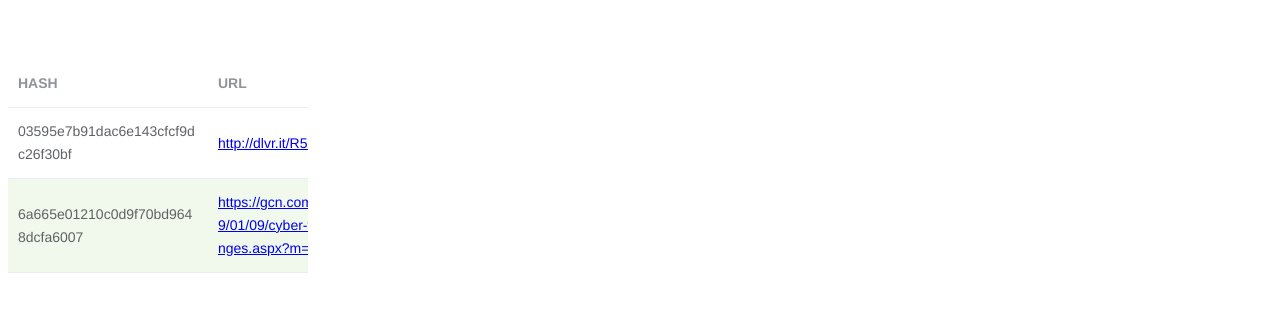
Repository: NicoleGX/TI
Page: /
These files come from the project's save history. The page is drawn as it stood at one moment and after the next save; the edit follows.
The browser window is 1280 px wide. The pictures show the whole page.
The project was rebuilt for these pictures with package versions that can differ from the ones it lists, and the page was loaded fresh each time.

Above is the page before, as saved 2019-05-28 19:43:46.

### index.html
<!DOCTYPE html>
<html>
  <head>
    <meta charset="utf-8">
    <meta name="viewport" content="width=device-width,initial-scale=1.0">
    <title>cyberti</title>
  </head>
  <body>
    <div id="app"></div>
    <!-- built files will be auto injected -->
  </body>
</html>

### src/main.js
// The Vue build version to load with the `import` command
// (runtime-only or standalone) has been set in webpack.base.conf with an alias.
import Vue from 'vue'
import App from './App'
import router from './router'

import ElementUI from 'element-ui'
import 'element-ui/lib/theme-chalk/index.css';

Vue.use(ElementUI)

Vue.config.productionTip = false

/* eslint-disable no-new */
new Vue({
  el: '#app',
  router,
  components: { App },
  template: '<App/>'
})

### src/router/index.js
import Vue from 'vue'
import Router from 'vue-router'
import TextClassification from '@/views/TextClassification'

Vue.use(Router)

export default new Router({
  routes: [
    {
      path: '/',
      name: 'TextClassification',
      component: TextClassification
    }
  ]
})

### src/views/TextClassification.vue
<template>
  <el-container>
    <el-aside>
      <el-table
        :data="tableData"
        style="width: 100%"
        :row-class-name="tableRowClassName">
        <el-table-column
          prop="hash"
          label="HASH"
          width="200">
        </el-table-column>
        <el-table-column
          prop="url"
          label="URL"
          width="200">
          <template slot-scope="scope">
            <a :href=scope.row.url
              target="_black"
              class="buttonText">{{scope.row.url}}</a>
          </template>
        </el-table-column>
      </el-table>
    </el-aside>
    <el-main></el-main>
  </el-container>
</template>

<script>
export default {
  name: 'textclassfication',
  methods: {
    tableRowClassName({row, rowIndex}) {
      if (row['edit'] == 0) {
        return 'warning-row';
      } else if (row['edit'] == 1) {
        return 'success-row';
      }
      return '';
    }
  },
  data() {
    return {
      tableData: [{
        hash: '03595e7b91dac6e143cfcf9dc26f30bf',
        url: 'http://dlvr.it/R5Ml99',
        edit: 0
      }, {
        hash: '6a665e01210c0d9f70bd9648dcfa6007',
        url: 'https://gcn.com/articles/2019/01/09/cyber-visibility-challenges.aspx?m=1',
        edit: 1
      }]
    }
  }
}
</script>

<style>
.el-table {
  width: 100%!important;
}
.el-table .warning-row {
  background: #fff;
}

.el-table .success-row {
  background: #f0f9eb;
}
</style>

Loaded but not shown: src/App.vue (common file)

After the next save:
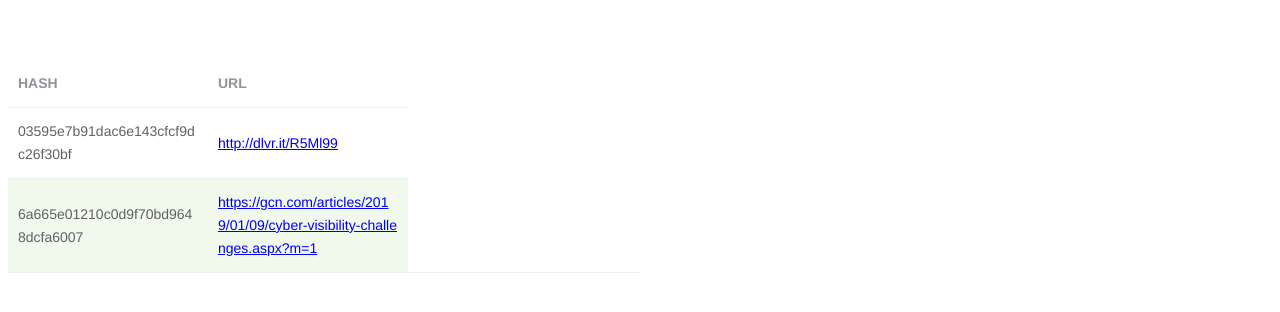
Saved 34 s later.
--- a/src/views/TextClassification.vue
+++ b/src/views/TextClassification.vue
@@ -1,6 +1,6 @@
 <template>
   <el-container>
-    <el-aside>
+    <el-aside style="width: 50%">
       <el-table
         :data="tableData"
         style="width: 100%"
